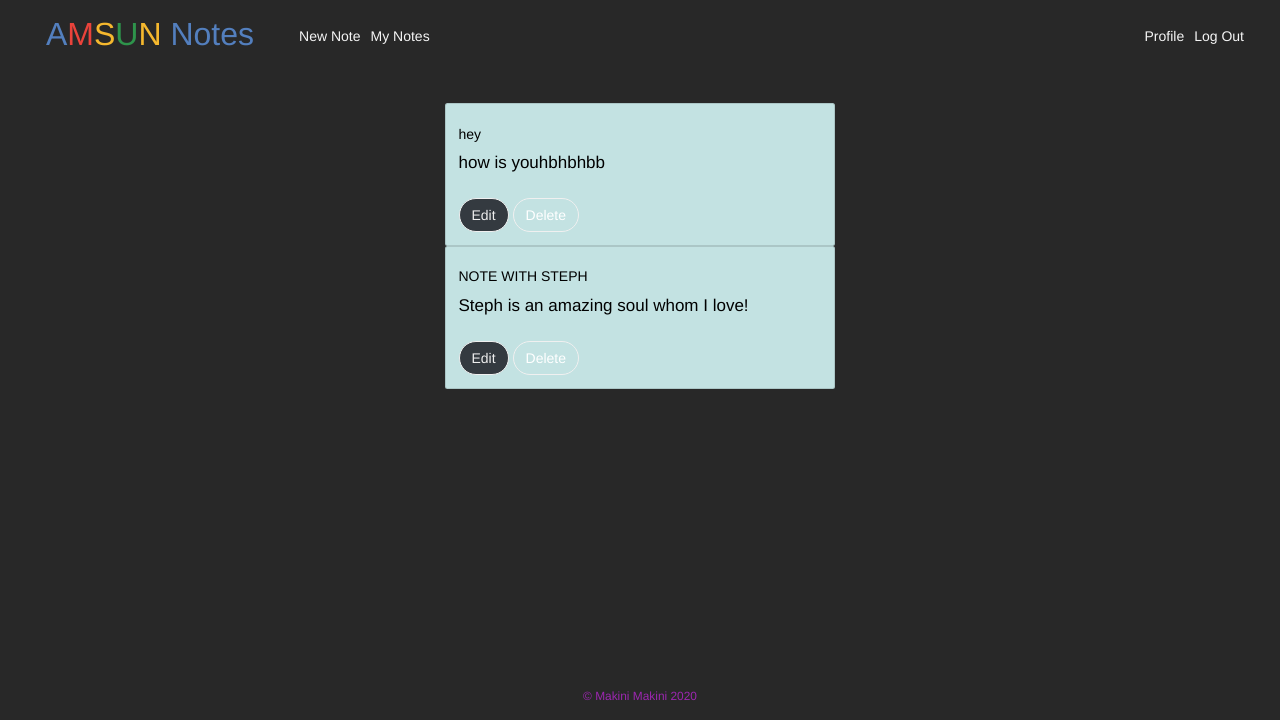
Repository: MakiniMakini/AMSUN-NOTES
Page: http://localhost/my_notes
An editor plug-in stored every save of this project. The page is shown before and after the next save, followed by the edit.
The browser window is 1280 px wide. The pictures show the whole page.
Some web fonts or font styles are not loaded; a fallback is used. The page is served by the project's application, run on Flask 3 (application.py). The session is filled in as if someone had signed in: {"user_id": 1}. The page reads the database file committed with the project.

Above is the page before, as saved 2020-12-25 12:52:38.

After the next save:
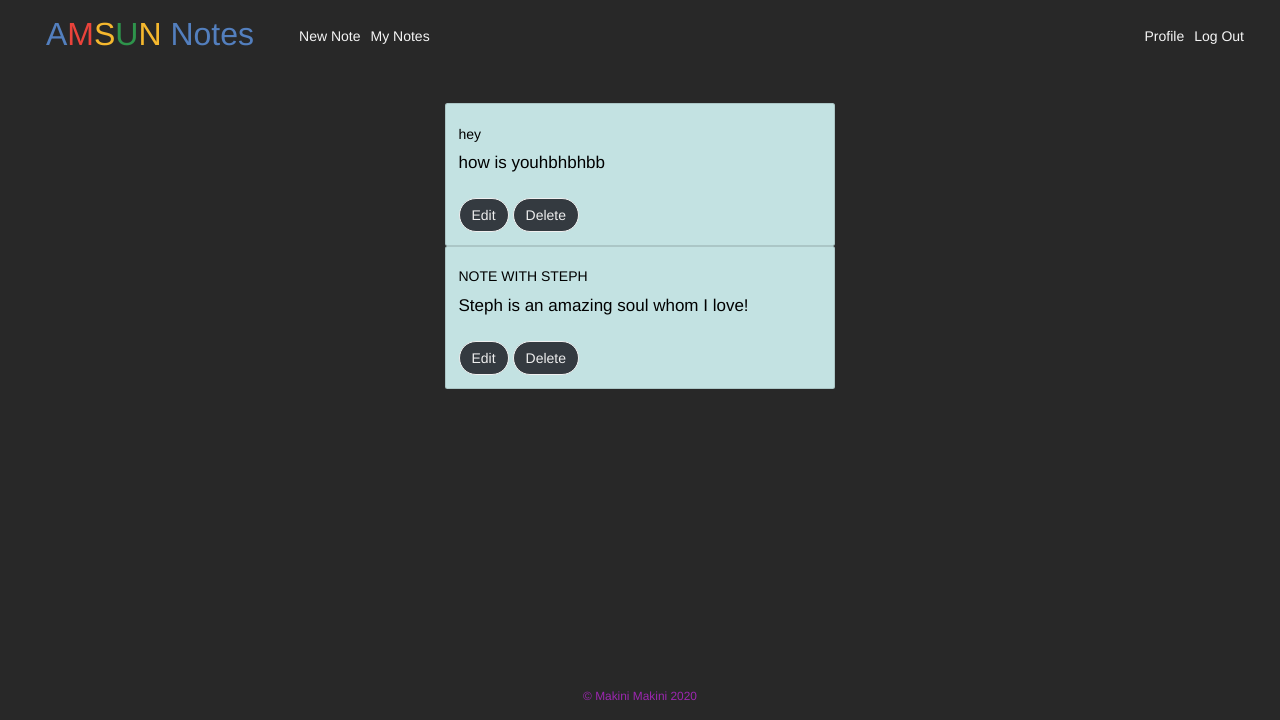
Saved 14 s later.
--- a/templates/my_notes.html
+++ b/templates/my_notes.html
@@ -15,7 +15,7 @@
         <h5 class="card-title">{{note[1]}}</h5>
         <p class="card-text">{{note[2]}}</p>
         <a href="/{{note[0]}}/edit" class="btn btn-primary bg-dark">Edit</a>
-        <a href="/{{note[0]}}/delete" class="btn btn-primary">Delete</a>
+        <a href="/{{note[0]}}/delete" class="btn btn-primary bg-dark">Delete</a>
 
       </div>
   </div>
